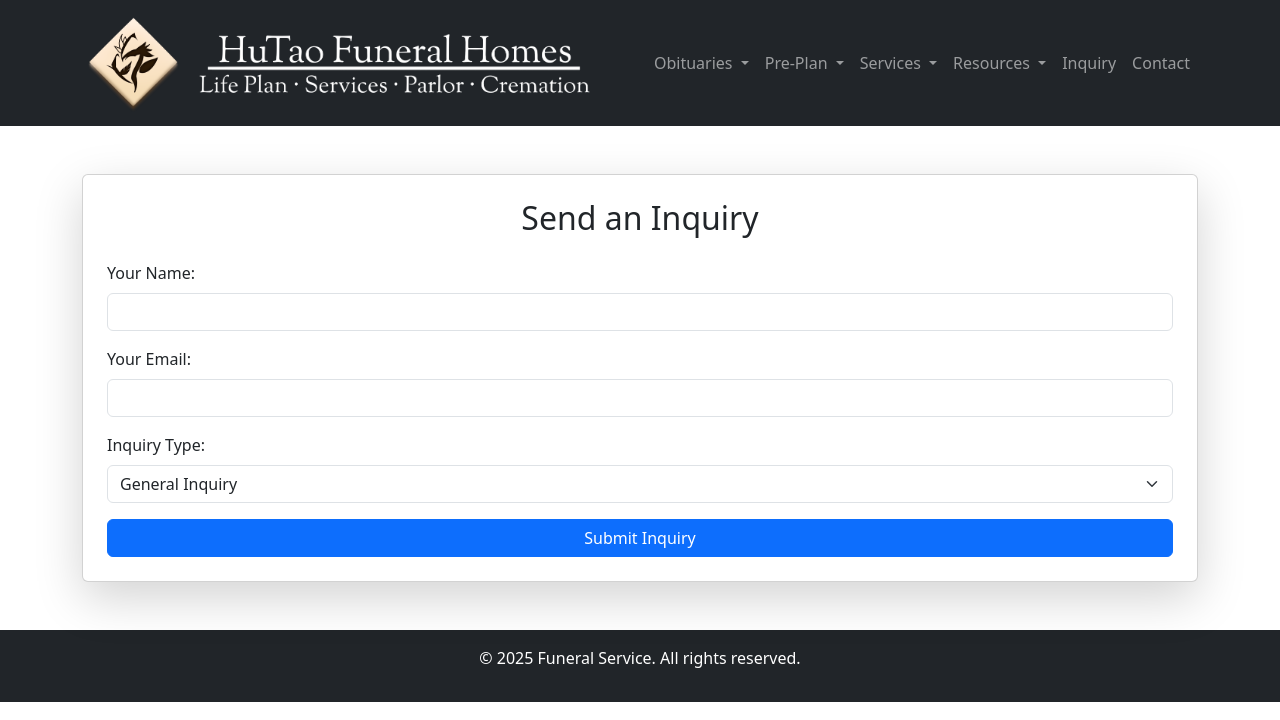
Repository: Jamil-cyber-hash/INSANITY
Page: http://localhost/inquiry.php
These files come from the project's save history. The page is drawn as it stood at one moment and after the next save; the edit follows.
The browser window is 1280 px wide. The pictures show the whole page.
The page is run by PHP 8.4 with error messages shown; the project is at /var/www/html/.

Above is the page before, as saved 2025-03-23 22:12:48.

After the next save:
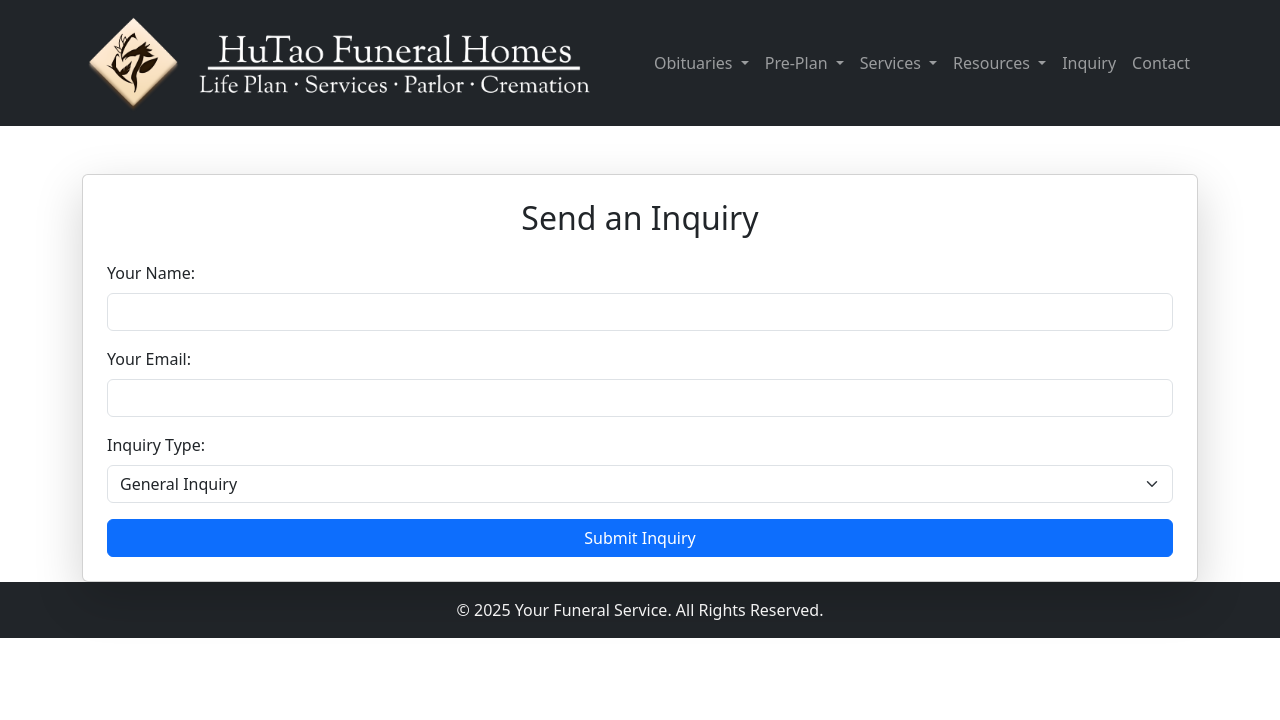
Saved 4 min 37 s later.
--- a/footer.php
+++ b/footer.php
@@ -1,6 +1,7 @@
-<footer class="bg-dark text-white text-center py-3 mt-5">
-    <p>&copy; 2025 Funeral Service. All rights reserved.</p>
+<footer class="footer mt-auto py-3 bg-dark text-white text-center">
+    <div class="container">
+        <span>© 2025 Your Funeral Service. All Rights Reserved.</span>
+    </div>
 </footer>
-
 </body>
 </html>

After the save that followed:
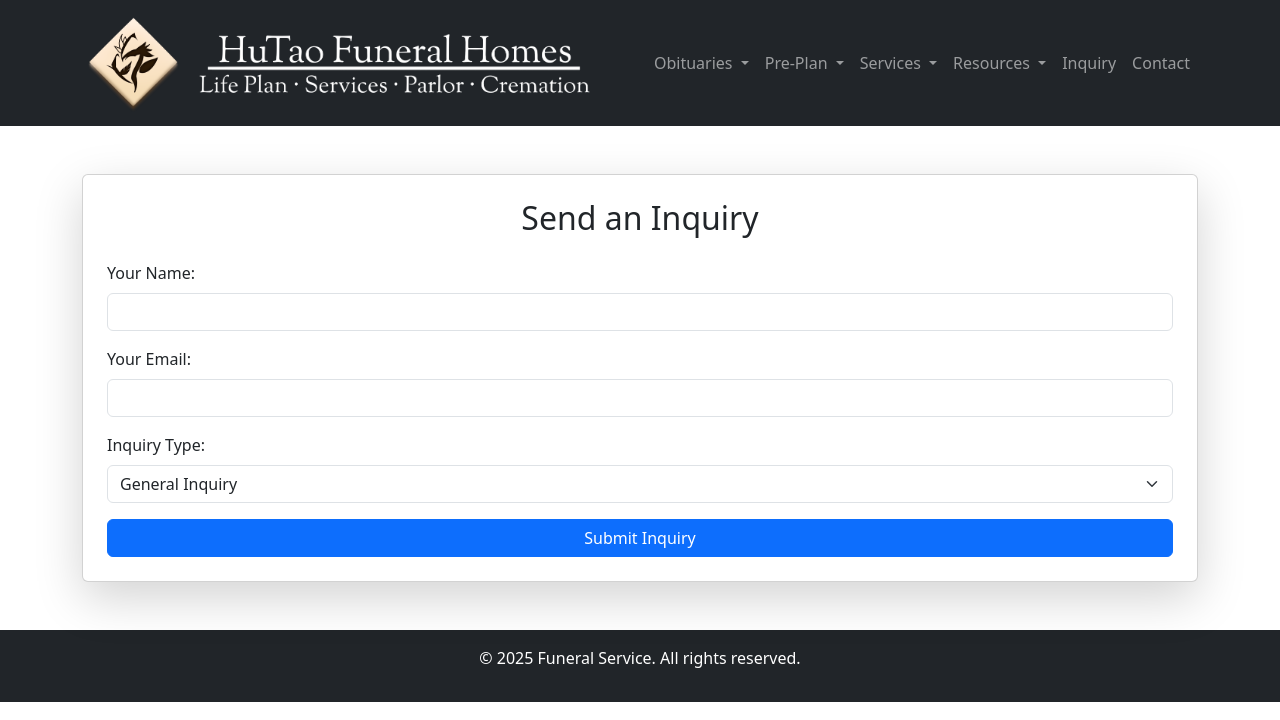
Saved 24 s later.
--- a/footer.php
+++ b/footer.php
@@ -1,7 +1,6 @@
-<footer class="footer mt-auto py-3 bg-dark text-white text-center">
-    <div class="container">
-        <span>© 2025 Your Funeral Service. All Rights Reserved.</span>
-    </div>
+<footer class="bg-dark text-white text-center py-3 mt-5">
+    <p>&copy; 2025 Funeral Service. All rights reserved.</p>
 </footer>
+
 </body>
 </html>
